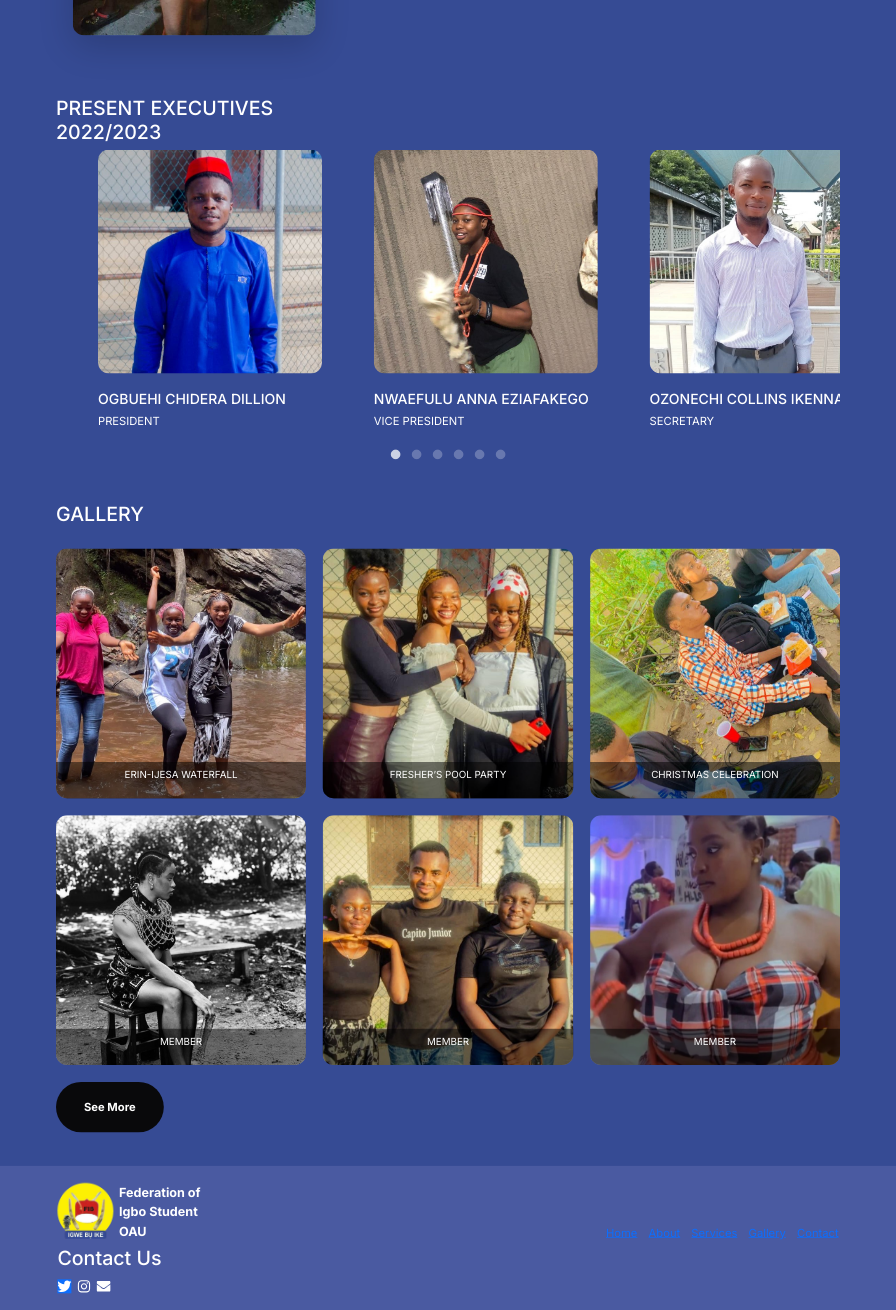
Repository: akinolapo/fis
Page: /
These files come from the project's save history. The page is drawn as it stood at one moment and after the next save; the edit follows.
The browser window is 1280 px wide. The pictures show the part of the page from y = 1541 to 3461 px (the page is 3413 px tall before and 3461 px after), at 70% of full size.
The project was rebuilt for these pictures with package versions that can differ from the ones it lists, and the page was loaded fresh each time. The framework's server and built-in components were replaced by stand-ins that run in the browser. Also part of the build but not shown: next.config.mjs.

Above is the page before, as saved 2024-05-06 13:15:55.

After the next save:
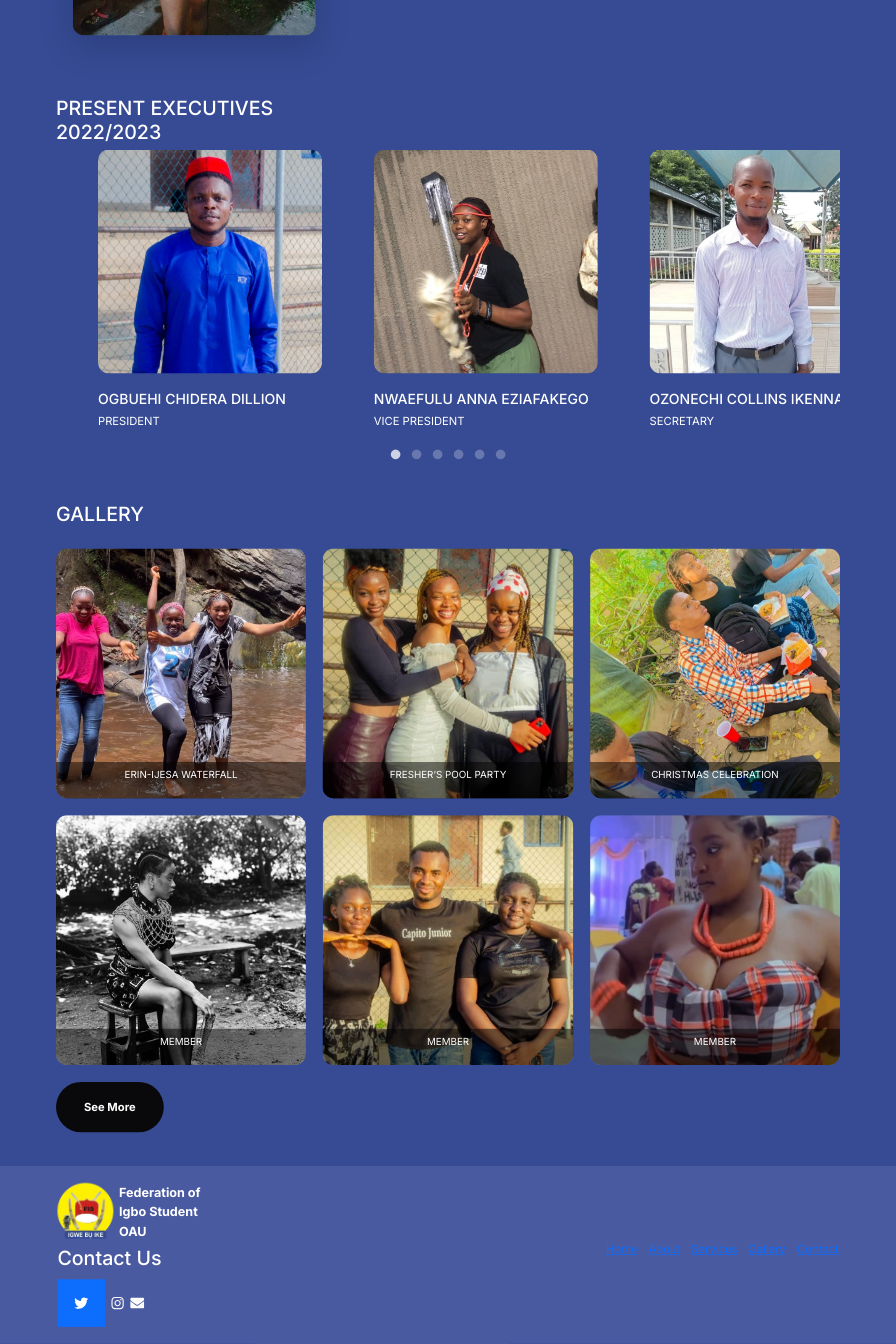
Saved 11 s later.
--- a/app/components/Footer/Footer.tsx
+++ b/app/components/Footer/Footer.tsx
@@ -19,7 +19,7 @@ const Footer = () => {
                 href="https://twitter.com/"
                 target="_blank"
                 rel="noopener noreferrer"
-                className="mr-2 text-white bg-primary"
+                className="mr-2 text-white bg-primary p-4"
               >
                 <FaTwitter className="text-xl" />
               </a>
